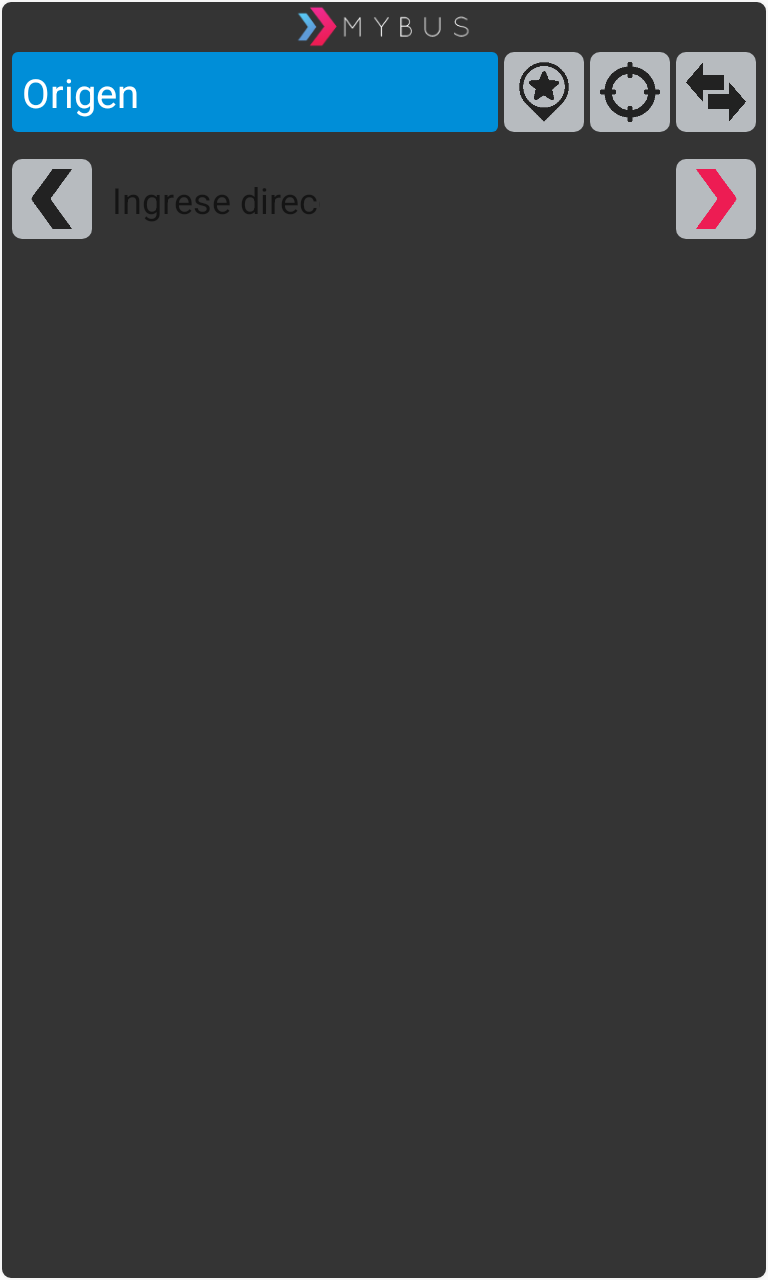
Repository: cooliopas/MyBus
Layout: MyBusAndroid/res/layout/fragment_filters.xml
These files come from the project's save history. The layout is drawn as it stood at one moment and after the next save; the edit follows.
It is drawn on a 768 x 1280 px phone screen (xhdpi) without system bars, with theme AppTheme; the app's code is not run. The app's manifest (not shown) leaves right-to-left support off. So textAlignment, textDirection and layoutDirection are ignored, and left and right values win over start and end ones.

Above is the layout before, as saved 2014-09-11 17:04:05.

### MyBusAndroid/res/layout/fragment_filters.xml
<?xml version="1.0" encoding="utf-8"?>
<LinearLayout xmlns:android="http://schemas.android.com/apk/res/android"
    android:id="@+id/layout_main_filter"
    android:layout_width="match_parent"
    android:layout_height="wrap_content"
    android:background="@layout/layout_bg"
    android:gravity="center|top"
    android:orientation="vertical" >

    <LinearLayout
        android:layout_width="match_parent"
        android:layout_height="26dp"
        android:gravity="center"
        android:paddingBottom="1dp"
        android:paddingTop="1dp" >

        <ImageView
            android:id="@+id/imageView1"
            android:layout_width="100dp"
            android:layout_height="24dp"
            android:scaleType="fitCenter"
            android:src="@drawable/logoblanco" />

    </LinearLayout>

    <LinearLayout
        android:layout_width="match_parent"
        android:layout_height="wrap_content"
        android:layout_marginBottom="3dp"
        android:background="@null"
        android:orientation="horizontal"
        android:paddingLeft="3dp"
        android:paddingRight="3dp" >

        <LinearLayout
            android:id="@+id/layout_orig_dest"
            android:layout_width="match_parent"
            android:layout_height="match_parent"
            android:layout_marginLeft="3dp"
            android:layout_weight="1"
            android:background="@layout/statusmode_origin"
            android:gravity="center|left"
            android:paddingLeft="5dp"
            android:paddingRight="0dp"
            android:paddingStart="5dp" >

            <TextView
                android:id="@+id/tv_orig_dest"
                android:layout_width="wrap_content"
                android:layout_height="wrap_content"

                android:text="@string/Origin"
                android:textAppearance="?android:attr/textAppearanceSmall"
                android:textColor="@color/pure_white"
                android:textSize="20dp"
                android:typeface="sans" />

        </LinearLayout>

        <LinearLayout
            android:layout_width="wrap_content"
            android:layout_height="match_parent"
            android:gravity="center|right" >

            <LinearLayout
                android:id="@+id/Layout_star"
                android:layout_width="wrap_content"
                android:layout_height="wrap_content"
                android:background="@null" >

                <ImageButton
                    android:id="@+id/b_favorites"
                    style="@style/ButtonDefaultStyle"
                    android:layout_marginLeft="3dp"
                    android:padding="5dp"
                    android:scaleType="fitXY"
                    android:src="@drawable/favorite" />

            </LinearLayout>

            <LinearLayout
                android:id="@+id/Layout_gps"
                android:layout_width="wrap_content"
                android:layout_height="wrap_content"
                android:background="@null" >

                <ImageButton
                    android:id="@+id/b_gps"
                    style="@style/ButtonDefaultStyle"
                    android:layout_marginLeft="3dp"
                    android:padding="5dp"
                    android:scaleType="fitXY"
                    android:src="@drawable/location" />

            </LinearLayout>

            <LinearLayout
                android:layout_width="wrap_content"
                android:layout_height="wrap_content" >

                <ImageButton
                    android:id="@+id/b_switch"
                    style="@style/ButtonDefaultStyle"
                    android:layout_marginLeft="3dp"
                    android:layout_marginRight="3dp"
                    android:cropToPadding="false"
                    android:padding="5dp"
                    android:scaleType="fitXY"
                    android:src="@drawable/cambio" />

            </LinearLayout>

        </LinearLayout>

    </LinearLayout>

    <RelativeLayout
        android:layout_width="wrap_content"
        android:layout_height="wrap_content"
        android:background="@null"
        android:paddingBottom="5dp"
        android:paddingLeft="3dp"
        android:paddingRight="3dp" >

        <LinearLayout
            android:id="@+id/Layout_origin"
            android:layout_width="match_parent"
            android:layout_height="wrap_content"
            android:background="@null"
            android:gravity="center"
            android:visibility="visible" >

            <ImageButton
                android:id="@+id/b_back_1"
                style="@style/ButtonDefaultStyle"
                android:layout_marginLeft="3dp"
                android:padding="5dp"
                android:scaleType="fitXY"
                android:src="@drawable/backhome" />

            <EditText
                android:id="@+id/et_origin"
                android:layout_width="match_parent"
                android:layout_height="match_parent"
                android:layout_marginLeft="10dp"
                android:layout_marginRight="10dp"
                android:layout_weight="1"
                android:background="@color/mybus_gray_dark"
                android:ems="10"
                android:hint="@string/IngreseOrigen"
                android:inputType="textPersonName"

                android:textColor="@color/white"
                android:typeface="sans" />

            <AutoCompleteTextView
	         android:id="@+id/autoCompleteOrigin"
	         android:layout_width="wrap_content"
	         android:layout_height="wrap_content"
	         android:layout_below="@+id/et_origin"
	         android:layout_marginTop="20dp"
	         android:ems="8" />

            <ImageButton
                android:id="@+id/b_confirm_origin"
                style="@style/ButtonDefaultStyle"
                android:layout_height="40dp"
                android:layout_marginRight="3dp"
                android:padding="5dp"
                android:scaleType="fitXY"
                android:src="@drawable/nextdestino" />

        </LinearLayout>

        <LinearLayout
            android:id="@+id/Layout_destiny"
            android:layout_width="match_parent"
            android:layout_height="wrap_content"
            android:background="@null"
            android:gravity="center"
            android:visibility="invisible" >

            <ImageButton
                android:id="@+id/b_back_2"
                style="@style/ButtonDefaultStyle"
                android:layout_marginLeft="3dp"
                android:padding="5dp"
                android:scaleType="fitXY"
                android:src="@drawable/backorigen" />

            <EditText
                android:id="@+id/et_destiny"
                android:layout_width="match_parent"
                android:layout_height="match_parent"
                android:layout_marginLeft="10dp"
                android:layout_marginRight="10dp"
                android:layout_weight="1"
                android:background="@color/mybus_gray_dark"
                android:hint="@string/IngreseDestino"
                android:inputType="textPersonName"
                android:textColor="@color/white"
                android:typeface="sans" />

             <AutoCompleteTextView
	         android:id="@+id/autoCompleteDestiny"
	         android:layout_width="wrap_content"
	         android:layout_height="wrap_content"
	         android:layout_below="@+id/et_destiny"
	         android:layout_marginTop="20dp"
	         android:ems="8" />

                <!-- android:textColorLink="@android:color/holo_blue_light"  -->

            <ImageButton
                android:id="@+id/b_confirm_destiny"
                style="@style/ButtonDefaultStyle"
                android:layout_marginRight="3dp"
                android:padding="4dp"
                android:scaleType="fitXY"
                android:src="@drawable/botonbuscar" />

        </LinearLayout>

    </RelativeLayout>

</LinearLayout>

### MyBusAndroid/res/values/styles.xml
<resources xmlns:android="http://schemas.android.com/apk/res/android">

    <!--
        Base application theme, dependent on API level. This theme is replaced
        by AppBaseTheme from res/values-vXX/styles.xml on newer devices.




    -->
    <style name="AppBaseTheme" parent="@style/Theme.AppCompat.Light">
        <!--
            Theme customizations available in newer API levels can go in
            res/values-vXX/styles.xml, while customizations related to
            backward-compatibility can go here.




        -->
    </style>

    <!-- Application theme. -->
    <style name="AppTheme" parent="AppBaseTheme">

        <!-- All customizations that are NOT specific to a particular API-level can go here. -->
        <item name="android:actionBarStyle">@style/MyBusActionBar</item>
        <item name="actionBarStyle">@style/MyBusActionBar</item>

   		<!-- Straight import from http://stackoverflow.com/questions/16404820/how-to-set-default-font-family-for-entire-android-app -->
   	    <!--  <item name="android:textViewStyle">@style/RobotoTextViewStyle</item>
   	    <item name="android:editTextStyle">@style/RobotoTextViewStyle</item>
	    <item name="android:buttonStyle">@style/RobotoButtonStyle</item>-->
	    <item name="android:typeface">sans</item>

    </style>

    <style name="listRow" parent="android:Widget.Holo.Light.TextView">
        <item name="android:textColor">@color/white</item>
        <item name="android:layout_width">wrap_content</item>
        <item name="android:layout_height">wrap_content</item>
    </style>

    <style name="list" parent="android:Widget.Holo.Light.TextView">
        <item name="android:background">@color/mybus_gray_light</item>
        <item name="android:layout_width">wrap_content</item>
        <item name="android:layout_height">wrap_content</item>
    </style>

    <!-- Straight import from http://stackoverflow.com/questions/16404820/how-to-set-default-font-family-for-entire-android-app -->
    <style name="RobotoTextViewStyle" parent="android:Widget.TextView">
        <item name="android:typeface">sans</item>
    </style>

    <style name="RobotoButtonStyle" parent="android:Widget.Holo.Button">
        <item name="android:fontFamily">sans-serif-light</item>
    </style>

    <!-- Straight import from http://stackoverflow.com/questions/5861661 -->
    <style name="MyBusActionBar" parent="@style/Widget.AppCompat.Light.ActionBar">
        <item name="android:background">@color/mybus_gray_dark</item>
        <item name="background">@color/mybus_gray_dark</item>
        <item name="android:titleTextStyle">@style/ActionBarTitleText</item>
        <item name="titleTextStyle">@style/ActionBarTitleText</item>
    </style>

    <style name="ActionBarTitleText" parent="@style/TextAppearance.AppCompat.Widget.ActionBar.Title">
        <item name="android:textColor">@color/white</item>
    </style>

    <style name="ActionBarSubTitleText" parent="@style/TextAppearance.AppCompat.Widget.ActionBar.Subtitle">
        <item name="android:textColor">@color/white</item>
    </style>

    <style name="DefaultWhiteText" parent="@style/AppTheme">
        <item name="android:textColor">@color/white</item>
    </style>

    <style name="ButtonDefaultStyle">
        <item name="android:background">@layout/button_bg</item>
        <item name="background">@layout/button_bg</item>
        <item name="android:layout_width">40dp</item>
        <item name="android:layout_height">40dp</item>
    </style>

    <style name="Bg_infobus">
        <item name="android:background">@layout/litght_bg_infobus</item>
        <item name="background">@layout/litght_bg_infobus</item>
        <item name="android:layout_width">50dp</item>
        <item name="android:layout_height">wrap_content</item>
    </style>

</resources>

### MyBusAndroid/res/values-v14/styles.xml
<resources>

    <!--
        Base application theme for API 14+. This theme completely replaces
        AppBaseTheme from BOTH res/values/styles.xml and
        res/values-v11/styles.xml on API 14+ devices.
    -->
    <style name="AppBaseTheme" parent="@style/Theme.AppCompat.Light">
        <!-- API 14 theme customizations can go here. -->
    </style>

</resources>

### MyBusAndroid/res/values/colors.xml
<?xml version="1.0" encoding="utf-8"?>
<resources>
    <item name="fondo_row" type="color">#f5f5f5</item>
    <item name="color_511a" type="color">#4d0302</item>
    <item name="color_511b" type="color">#4d0302</item>
    <item name="color_511ch" type="color">#4d0302</item>
    <item name="color_511f" type="color">#4d0302</item>
    <item name="color_511g" type="color">#4d0302</item>
    <item name="color_511p" type="color">#4d0302</item>
    <item name="color_511Ron" type="color">#4d0302</item>
    <item name="color_512a" type="color">#4d0302</item>
    <item name="color_512b" type="color">#4d0302</item>
    <item name="color_521" type="color">#d60405</item>
    <item name="color_522" type="color">#d60405</item>
    <item name="color_523" type="color">#d60405</item>
    <item name="color_525" type="color">#d60405</item>
    <item name="color_531" type="color">#2c800e</item>
    <item name="color_532" type="color">#2c800e</item>
    <item name="color_533" type="color">#2c800e</item>
    <item name="color_541" type="color">#d60405</item>
    <item name="color_542" type="color">#d60405</item>
    <item name="color_543" type="color">#d60405</item>
    <item name="color_551" type="color">#d60405</item>
    <item name="color_552" type="color">#d60405</item>
    <item name="color_552a" type="color">#d60405</item>
    <item name="color_553" type="color">#d60405</item>
    <item name="color_554" type="color">#d60405</item>
    <item name="color_555" type="color">#d60405</item>
    <item name="color_562" type="color">#00338e</item>
    <item name="color_563a" type="color">#00338e</item>
    <item name="color_563b" type="color">#00338e</item>
    <item name="color_571a" type="color">#f77306</item>
    <item name="color_571b" type="color">#f77306</item>
    <item name="color_573" type="color">#f77306</item>
    <item name="color_573b" type="color">#f77306</item>
    <item name="color_581" type="color">#e50000</item>
    <item name="color_591a" type="color">#2e88d6</item>
    <item name="color_591b" type="color">#2e88d6</item>
    <item name="color_593a" type="color">#2e88d6</item>
    <item name="color_593b" type="color">#2e88d6</item>
    <item name="color_717cv" type="color">#4d0302</item>
    <item name="color_717lp" type="color">#4d0302</item>
    <item name="color_717sp" type="color">#4d0302</item>
    <item name="color_720" type="color">#01755e</item>
    <item name="origin_blue" type="color">#008ed8</item>
    <item name="dest_purple" type="color">#d80056</item>
    <item name="white" type="color">#FFFFFF</item>
    <item name="black" type="color">#000000</item>
    <item name="mybus_gray_dark" type="color">#343434</item>
    <item name="mybus_gray_light" type="color">#6b6b6b</item>
  	<item name="background_base_window" type="color">#eeeeee</item>
  	<item name="pure_white" type="color">#ffffff</item>
  	<item name="naranja1" type="color">#D7AD00</item>
  	<item name="light_gray" type="color">#b7bbbf</item>
  	<item name="splash_silver" type="color">#f2f2f3</item>


</resources>

### MyBusAndroid/res/layout/layout_bg.xml
<?xml version="1.0" encoding="utf-8"?>
<shape xmlns:android="http://schemas.android.com/apk/res/android">
    <solid android:color="@color/mybus_gray_dark"/>
    <stroke android:width="1dip" android:color="#f5f5f5" />
    <corners android:radius="5dip"/>
    <padding android:left="0dip" android:top="0dip" android:right="0dip" android:bottom="0dip" />
</shape>

### MyBusAndroid/res/layout/statusmode_origin.xml
<?xml version="1.0" encoding="utf-8"?>
<shape xmlns:android="http://schemas.android.com/apk/res/android">
    <solid android:color="@color/origin_blue"/>
    <stroke android:width="0dip" android:color="#B1BCBE" />
    <corners android:radius="3dip"/>
    <padding android:left="5dip" android:top="0dip" android:right="0dip" android:bottom="0dip" />
</shape>

### MyBusAndroid/res/values/strings.xml
<?xml version="1.0" encoding="utf-8"?>
<resources>

    <string-array name="navigation_drawer_items_array">
        <item>Lugares favoritos</item>
        <item>Puntos de carga cercanos</item>
        <item>Tarifas</item>
        <item>Recorridos</item>
        <item>Configuración</item>
    </string-array>

    <string name="app_name">MyBus</string>
    <string name="action_settings">Settings</string>
    <string name="title_section1">Section 1</string>
    <string name="title_section2">Section 2</string>
    <string name="title_section3">Section 3</string>
    <string name="closest_recharge_points">Puntos de recarga cercanos</string>
    <string name="confirm">Confirmar</string>
    <string name="deletion_confirmation">¿Quiere borrar esta ubicación?</string>
    <string name="favorites_list_purge">Vaciar lista</string>
    <string name="btn_show_on_map">Mostrar en mapa</string>
    <string name="label_check_favorites">Mostrar favoritos en el mapa</string>
    <string name="label_check_stations">Mostrar puntos de carga en el mapa</string>
    <string name="reselect_message">¿Desea reseleccionar el punto?</string>
    <string name="Select">Seleccionar</string>
    <string name="Origin">Origen</string>
    <string name="Destination">Destino</string>
    <string name="Destinationlocation">Ubicación de destino</string>
    <string name="Originlocation">Ubicación de origen</string>
    <string name="Favorites">Favoritos</string>
    <string name="MarkerOptions">Opciones del Marcador</string>
    <string name="Buses">Colectivos</string>
    <string name="action_bar_show_map">Mostrar mapa</string>
    <string name="FavName">Nombre del favorito</string>
    <string name="Time">Tiempo</string>
    <string name="Km">Km.</string>
    <string name="Distance">Dist.</string>
    <string name="Caminar">Caminar</string>
    <string name="HaciaParada">hacia</string>
    <string name="Tomar">Tomar </string>
    <string name="Descender">Descender en</string>
    <string name="InfoRecorrido">Informacion de Recorrido</string>
    <string name="CargandoRuta">"Cargando ruta..."</string>
    <string name="NoResults">No se encontraron resultados para esta búsqueda</string>
    <string name="warning_trash_favorites">¿Realmente desea vaciar la lista de favoritos?</string>
    <string name="CaminarHasta">Caminar hasta</string>
	<string name="MiPosicionActual">Mi posición actual</string>
	<string name="Yo">Yo</string>
	<string name="PuntoFueraDeRango">Este punto está fuera de rango</string>
	<string name="Minutos">Minutos</string>
	<string name="Kms">Kms.</string>
	<string name="Minutos2">Min.</string>
	<string name="recharge_point_schedule">"Horario: "</string>
	<string name="mode_recharge_stations">Modo de mapa: puntos de recarga</string>
	<string name="recharge_stations">Puntos de recarga</string>
	<string name="map_failure_warning">No se puede crear el mapa</string>
	<string name="marker_loading">Buscando Ubicación...</string>
	<string name="server_connection_failure_notice">No se puede conectar con el servidor</string>
	<string name="queried_address_failure">No hay resultados para el domicilio solicitado</string>
	<string name="bus_stop">Parada</string>
	<string name="bus_line">"Línea "</string>
	<string name="line_start">(principio)</string>
	<string name="line_end">(fin)</string>
	<string name="favorites_list_empty">No has creado ubicaciones favoritas aún.</string>
	<string name="correct_value_origin">Ingrese un valor correcto para el origen o toque el mapa</string>
	<string name="correct_value_destination">Ingrese un valor correcto para el destino o toque el mapa</string>
    <string name="org_dest_must_completed">Los puntos de origen y destino deben estar ingresados</string>
    <string name="new_favorite_added">Nuevo favorito agregado</string>
    <string name="char_min">El nombre debe tener como minimo 3 caracteres</string>
    <string name="complete_markers">Deben estar ingresados el origen y el destino para el intercambio</string>
    <string name="switch_complete">Intercambio realizado</string>
    <string name="IngreseOrigen">"Ingrese dirección origen"</string>
    <string name="IngreseDestino">"Ingrese dirección destino"</string>
    <string name="BuscandoDireccion">Buscando Direccion...</string>
</resources>

### MyBusAndroid/res/layout/button_bg.xml
<?xml version="1.0" encoding="utf-8"?>
<selector
xmlns:android="http://schemas.android.com/apk/res/android">

<item android:state_pressed="true" >
    <shape>
        <solid android:color="#7AB6D1"/>
    	<stroke android:width="0dip" android:color="#B1BCBE" />
    	<corners android:radius="5dip"/>
    	<padding android:left="0dip" android:top="0dip" android:right="0dip" android:bottom="0dip" />
    </shape>
</item>

<item android:state_pressed="false" >
    <shape>
	    <solid android:color="@color/light_gray"/>
	    <stroke android:width="0dip" android:color="#B1BCBE" />
	    <corners android:radius="5dip"/>
	    <padding android:left="0dip" android:top="0dip" android:right="0dip" android:bottom="0dip" />
	</shape>
</item>

</selector>

Loaded but not shown: MyBusAndroid/res/values-v11/styles.xml (common file)

After the next save:
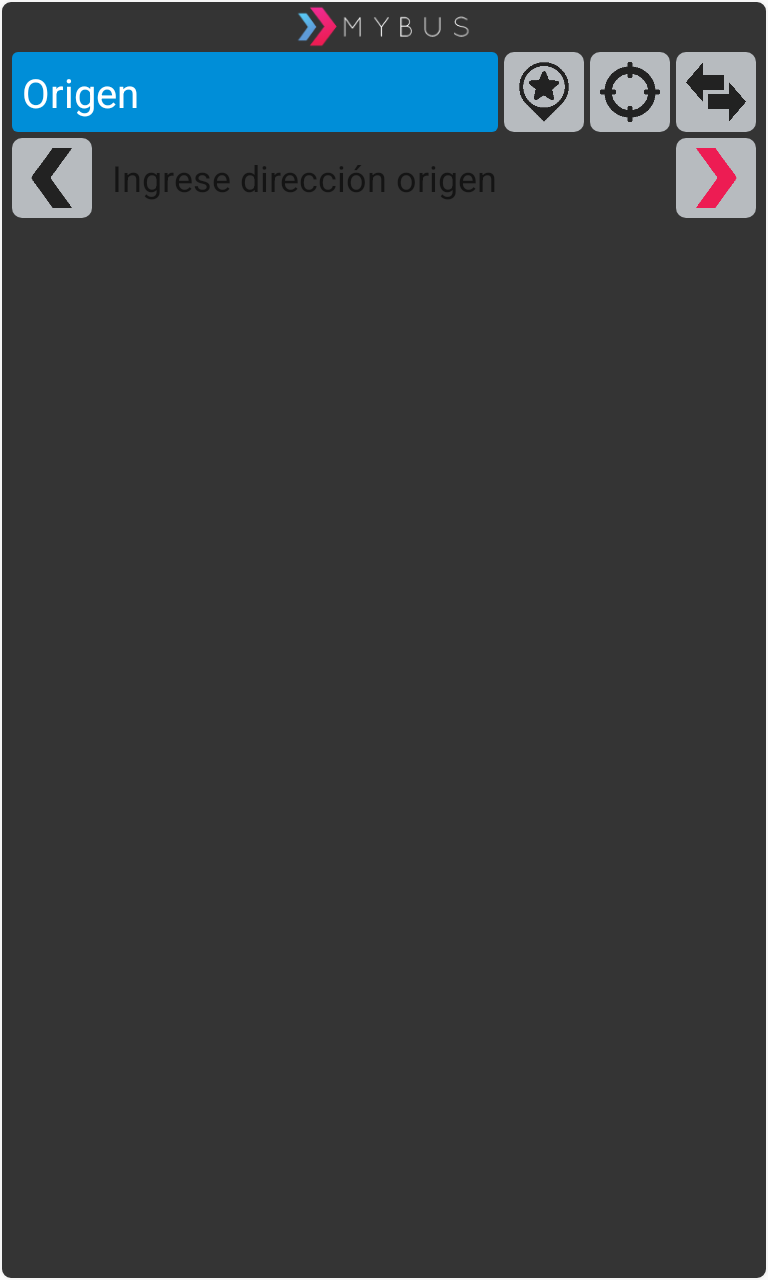
Saved 7 min 54 s later.
--- a/MyBusAndroid/res/layout/fragment_filters.xml
+++ b/MyBusAndroid/res/layout/fragment_filters.xml
@@ -138,8 +138,10 @@
                 android:scaleType="fitXY"
                 android:src="@drawable/backhome" />
 
-            <EditText
-                android:id="@+id/et_origin"
+
+
+            <AutoCompleteTextView
+	         android:id="@+id/et_origin"
                 android:layout_width="match_parent"
                 android:layout_height="match_parent"
                 android:layout_marginLeft="10dp"
@@ -151,14 +153,7 @@
                 android:inputType="textPersonName"
 
                 android:textColor="@color/white"
-                android:typeface="sans" />
-
-            <AutoCompleteTextView
-	         android:id="@+id/autoCompleteOrigin"
-	         android:layout_width="wrap_content"
-	         android:layout_height="wrap_content"
-	         android:layout_below="@+id/et_origin"
-	         android:layout_marginTop="20dp"
+                android:typeface="sans"
 	         android:ems="8" />
 
             <ImageButton
